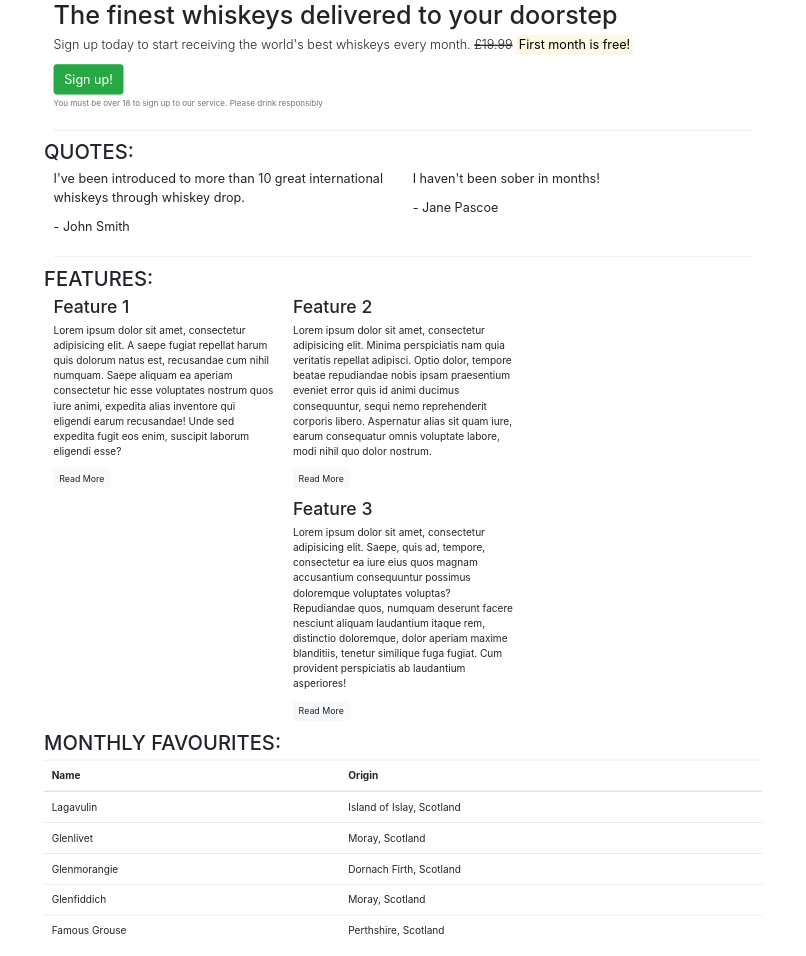
Repository: LouWills/WhiskeyDrop-bootstrap
Page: index.html
The author's editor kept a record of every edit. The page is drawn from the files as they stood at one moment, then again after the next edit.
The browser window is 1280 px wide. The pictures show the whole page, at 63% of full size.

Above is the page before.
Console error: TypeError: Cannot read properties of undefined (reading 'fn')

### index.html
<!DOCTYPE html>
<html lang="en">
<head>
    <meta charset="UTF-8">
    <meta name="viewport" content="width=device-width, initial-scale=1.0">
    <meta http-equiv="X-UA-Compatible" content="ie=edge">
    <link rel="stylesheet" href="https://stackpath.bootstrapcdn.com/bootstrap/4.3.1/css/bootstrap.min.css" integrity="sha384-ggOyR0iXCbMQv3Xipma34MD+dH/1fQ784/j6cY/iJTQUOhcWr7x9JvoRxT2MZw1T" crossorigin="anonymous">
<script src="https://stackpath.bootstrapcdn.com/bootstrap/4.3.1/js/bootstrap.min.js" integrity="sha384-JjSmVgyd0p3pXB1rRibZUAYoIIy6OrQ6VrjIEaFf/nJGzIxFDsf4x0xIM+B07jRM" crossorigin="anonymous"></script>
    <!--main.css are my own styles on the website-->
    <link rel="stylesheet" href="main.css" type="text/css" />
    <title>Whiskey Drop_Taste a new whiskey every month</title>
</head>
<body>
   <article class="container">
       <!--callout-->
       <div class="row">
           <div class="col-12">
               <section class="callout">
                   <h1>The finest whiskeys delivered to your doorstep</h1>
                   <p class="lead">Sign up today to start receiving the world's best whiskeys every month. <s>£19.99</s> <strong><mark>First month is free!</mark></strong></p>
                    <button class="btn btn-success btn-lg btn-tablet">Sign up!</button>
                   <p class="text-muted"><small>You must be over 18 to sign up to our service. Please drink responsibly</small></p>
               </section>
           </div>
       </div>
       <!--/.callout-->
       <hr>

       <!-- Quotes -->
       <section class="quotes">
           <div class="row">
               <h2 class="text-uppercase">Quotes:</h2>
           </div>
           <div class="row">
               <div class="col-6">
                   <blockquote class="blockquote">
                       <p>I've been introduced to more than 10 great international whiskeys through whiskey drop.</p>
                       <p>- John Smith</p>
                   </blockquote>
               </div>
               <div class="col-6">
                   <blockquote class="blockquote">
                       <p>I haven't been sober in months!</p>
                       <p>- Jane Pascoe</p>
                   </blockquote>
               </div>
           </div>
        </section>
        <!--/.quotes-->

        <hr>

        <!--Features-->
        <section class="features">
            <div class="row">
                <h2 class="text-uppercase">Features:</h2>
            </div>
            <div class="row">
                <div class="col-4">
                    <div class="feature">
                        <h3>Feature 1</h3>
                        <p>Lorem ipsum dolor sit amet, consectetur adipisicing elit. A saepe fugiat repellat harum quis dolorum natus est, recusandae cum nihil numquam. Saepe aliquam ea aperiam consectetur hic esse voluptates nostrum quos iure animi, expedita alias inventore qui eligendi earum recusandae! Unde sed expedita fugit eos enim, suscipit laborum eligendi esse?</p>
                        <p><a class="btn btn-sm btn-light btn-tablet" href="">Read More</a></p>
                    </div>
                </div>
                <div class="col-4">
                <div class="feature">
                    <h3>Feature 2</h3>
                    <p>Lorem ipsum dolor sit amet, consectetur adipisicing elit. Minima perspiciatis nam quia veritatis repellat adipisci. Optio dolor, tempore beatae repudiandae nobis ipsam praesentium eveniet error quis id animi ducimus consequuntur, sequi nemo reprehenderit corporis libero. Aspernatur alias sit quam iure, earum consequatur omnis voluptate labore, modi nihil quo dolor nostrum.</p>
                    <p><a class="btn btn-sm btn-light btn-tablet" href="">Read More</a></p>
                </div>
                <div class="feature">
                    <h3>Feature 3</h3>
                    <p>Lorem ipsum dolor sit amet, consectetur adipisicing elit. Saepe, quis ad, tempore, consectetur ea iure eius quos magnam accusantium consequuntur possimus doloremque voluptates voluptas? Repudiandae quos, numquam deserunt facere nesciunt aliquam laudantium itaque rem, distinctio doloremque, dolor aperiam maxime blanditiis, tenetur similique fuga fugiat. Cum provident perspiciatis ab laudantium asperiores!</p>
                    <p><a class="btn btn-sm btn-light btn-tablet" href="">Read More</a></p>
                </div>
            </div>
        </section>
        <!-- /.Features -->

        <!--Monthly Favourites-->
        <section class="monthlyFavourites">
            <div class="row">
                <h2 class="text-uppercase">Monthly favourites:</h2>
            </div>
            <div class="row">
                <table class="table">
                    <thead>
                        <tr>
                          <th scope="col" class="tab-header">Name</th>
                          <th scope="col" class="tab-header">Origin</th>
                        </tr>
                    </thead>
                    <tbody>
                        <tr>
                          <td>Lagavulin</td>
                          <td>Island of Islay, Scotland</td>
                        </tr>
                        <tr>
                          <td>Glenlivet</td>
                          <td>Moray, Scotland</td>
                        </tr>
                        <tr>
                          <td>Glenmorangie</td>
                          <td>Dornach Firth, Scotland</td>
                        </tr>
                         <tr>
                          <td>Glenfiddich</td>
                          <td>Moray, Scotland</td>
                        </tr>
                        <tr>
                          <td>Famous Grouse</td>
                          <td>Perthshire, Scotland</td>
                        </tr>
                    </tbody>
                </table>
            </div>
        </section>
   </article>
</body>
</html>

### main.css
@media (max-width: 767px) {
    .btn-tablet {
    margin:auto;
    display:block;
}
}

After the next edit:
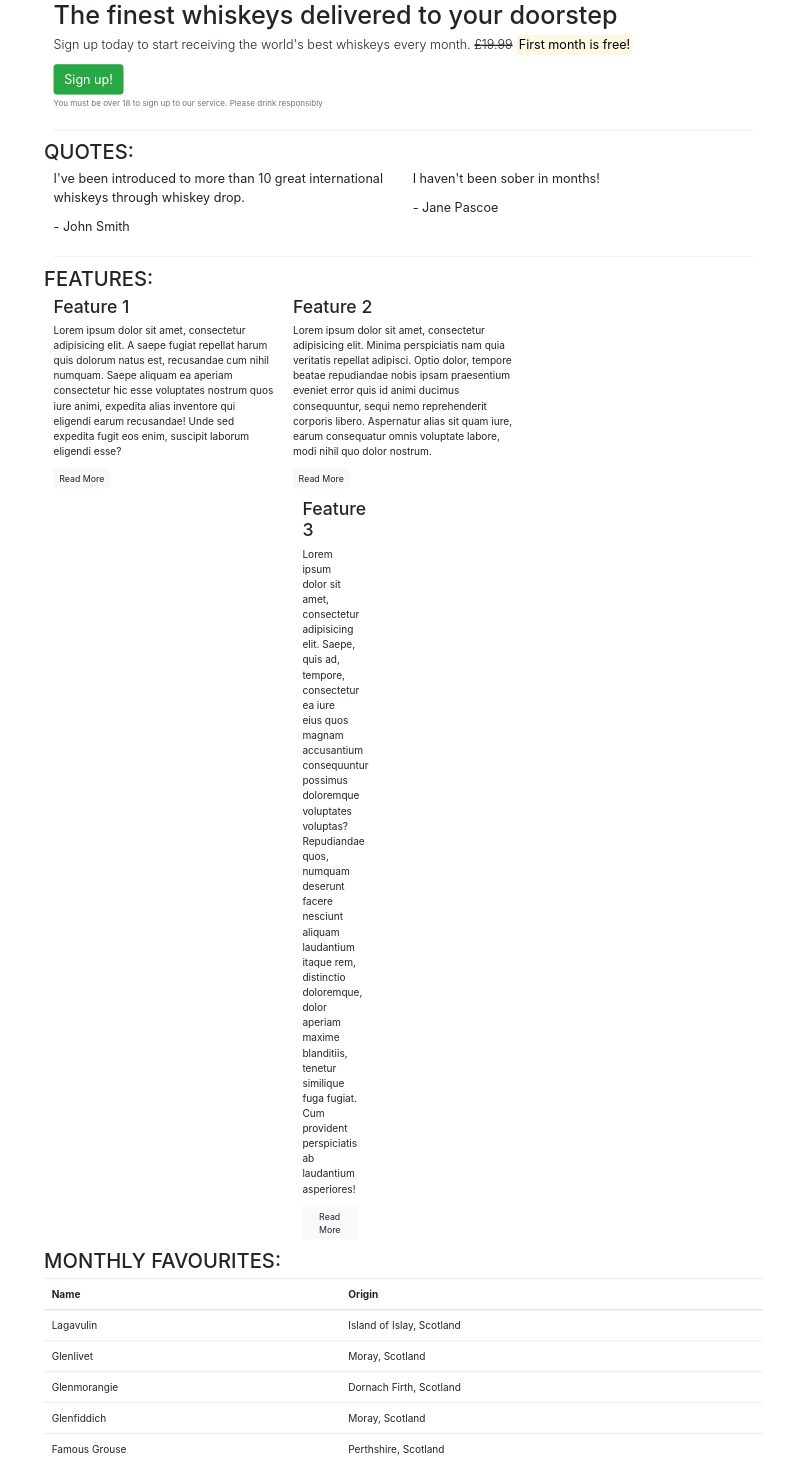
The edit:
--- a/index.html
+++ b/index.html
@@ -69,11 +69,12 @@
                     <p>Lorem ipsum dolor sit amet, consectetur adipisicing elit. Minima perspiciatis nam quia veritatis repellat adipisci. Optio dolor, tempore beatae repudiandae nobis ipsam praesentium eveniet error quis id animi ducimus consequuntur, sequi nemo reprehenderit corporis libero. Aspernatur alias sit quam iure, earum consequatur omnis voluptate labore, modi nihil quo dolor nostrum.</p>
                     <p><a class="btn btn-sm btn-light btn-tablet" href="">Read More</a></p>
                 </div>
-                <div class="feature">
-                    <h3>Feature 3</h3>
-                    <p>Lorem ipsum dolor sit amet, consectetur adipisicing elit. Saepe, quis ad, tempore, consectetur ea iure eius quos magnam accusantium consequuntur possimus doloremque voluptates voluptas? Repudiandae quos, numquam deserunt facere nesciunt aliquam laudantium itaque rem, distinctio doloremque, dolor aperiam maxime blanditiis, tenetur similique fuga fugiat. Cum provident perspiciatis ab laudantium asperiores!</p>
-                    <p><a class="btn btn-sm btn-light btn-tablet" href="">Read More</a></p>
-                </div>
+                <div class="col-4">
+                    <div class="feature">
+                        <h3>Feature 3</h3>
+                        <p>Lorem ipsum dolor sit amet, consectetur adipisicing elit. Saepe, quis ad, tempore, consectetur ea iure eius quos magnam accusantium consequuntur possimus doloremque voluptates voluptas? Repudiandae quos, numquam deserunt facere nesciunt aliquam laudantium itaque rem, distinctio doloremque, dolor aperiam maxime blanditiis, tenetur similique fuga fugiat. Cum provident perspiciatis ab laudantium asperiores!</p>
+                        <p><a class="btn btn-sm btn-light btn-tablet" href="">Read More</a></p>
+                    </div>
             </div>
         </section>
         <!-- /.Features -->
